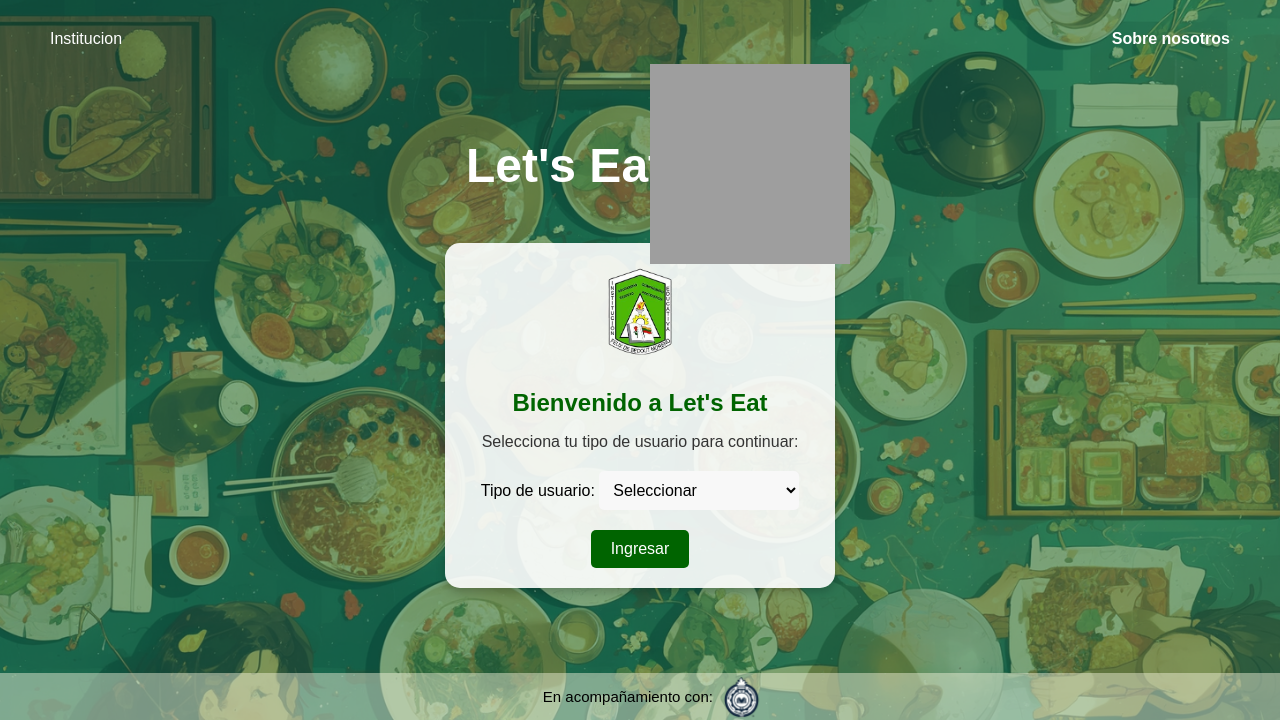
Repository: NicholeAndrade/restaurante-escolar
Page: html/inicio.html
An editor plug-in stored every save of this project. The page is shown before and after a run of saves, followed by the edit.
The browser window is 1280 px wide. The pictures show the whole page.
Pictures or frames that could not be fetched are drawn as grey boxes.

Above is the page before, as saved 2025-10-09 19:19:06.

### html/inicio.html
<!DOCTYPE html>
<html lang="es">

<head>
    <meta charset="UTF-8">
    <meta name="viewport" content="width=device-width, initial-scale=1.0">
    <title>Seleccion de usuario</title>
    <link rel="stylesheet" href="/css/inicio.css">
</head>

<body>
    <header class="header">
        <div class="logo">Institucion</div>
        <nav>
            <a href="#">Sobre nosotros</a>
        </nav>
    </header>

    <main class="main">
        <div class="Tittle">
            <h1>Let's Eat </h1>
        </div>
        <div class="logo-container">
            <img id="Pascual" src="/Img/">
        </div>



        <div class="user-selection-box">
            <img src="/img/LogoC.png" alt="Logo" class="logo">
            <h2>Bienvenido a Let's Eat</h2>
            <p>Selecciona tu tipo de usuario para continuar:</p>

            <label for="user-type" id="user-type">Tipo de usuario:</label>
          <select id="opciones" name="tipo_usuario" required>
                <option value="" disabled selected>Seleccionar</option>
                <option value="profesor">Profesor</option>
                <option value="estudiante">Estudiante</option>
                <option value="profesor_cargo">Profesor a cargo</option>
               <option value="estudiante_am_pm">Estudiante AM-PM</option>
            </select>

            <button class="submit-btn" onclick="redirigirUsuario()">Ingresar</button>
        </div>

        <footer id="Fua">
           En acompañamiento con:
           <img src="/img/LogoPascual.png"  id="shimi">
        </footer>

    </main>


</body>

<script>
  function redirigirUsuario() {
    const seleccion = document.getElementById('opciones').value;

    if (!seleccion) {
      alert('Por favor, selecciona un tipo de usuario.');
      return;
    }

    switch (seleccion) {
      case 'profesor':
        window.location.href = '/Html/InicioSP.html';
        break;
      case 'estudiante':
        window.location.href = '/Html/InicioES.html';
        break;
      case 'profesor_cargo':
        window.location.href = '/Html/InicioSPC.html';
        break;
      case 'estudiante_am_pm':
        window.location.href = '/Html/InicioESAP.html';
        break;
      default:
        alert('Por favor, selecciona un tipo de usuario válido.');
        break;
    }
  }
</script>

</html>

### css/inicio.css
body {
    margin: 0;
    padding: 0;
    font-family: Arial, sans-serif;
    background-color: #046c4e;
    position: relative;
    color: #ffffff;
    text-align: center;
}

body::before {
    content: '';
    position: absolute;
    top: 0;
    left: 0;
    width: 100%;
    height: 100%;
    background: url('/img/12.png') no-repeat center center;
    background-size: cover;
    opacity: 0.5;
    z-index: -1;
}


.header {
    display: flex;
    justify-content: space-between;
    align-items: center;
    padding: 30px 50px;
}

.header a {
    color: white;
    text-decoration: none;
    font-weight: bold;
    font-size: 1rem;
}

.main {
    text-align: center;
    padding: 40px 10px;
    height: calc(100vh - 80px);
    display: flex;
    flex-direction: column;
    justify-content: center;
}

.main h1 {
    font-size: 3rem;
    margin: 0;
}


.buttons {
    margin: 30px 0;
}

.buttons button {
    padding: 15px 40px;
    border: none;
    border-radius: 30px;
    margin: 0 15px;
    cursor: pointer;
    font-size: 1.2rem;
    font-weight: bold;
}

.buttons .signin {
    background-color: #00796b;
    color: white;
}

.buttons .signup {
    background-color: white;
    color: #00796b;
}



#Pascual {
    width: 200px;
    height: 200px;
    margin-left: -150px;
}

.logo-container {
    position: absolute;
    margin-bottom: 545px;
    left: 800px;
    z-index: 10;
}

html, body {
    margin: 0;
    padding: 0;
    height: 100%;
    overflow: hidden;
}


.user-selection-box {
    background: rgba(255, 255, 255, 0.902);
    width: 350px;
    padding: 20px;
    margin: 50px auto;
    text-align: center;
    border-radius: 15px;
    box-shadow: 0 4px 10px rgba(0, 0, 0, 0.2);
}
.header-text {
    text-align: center;
    margin-top: -50px;
}

.user-selection-box .logo {
    width: 80px;
    height: auto;
    margin-bottom: 5px;
}

.user-selection-box h2 {
    font-size: 24px;
    margin-bottom: 10px;
    color: #006400;
}

.user-selection-box p {
    font-size: 16px;
    margin-bottom: 20px;
    color: #333;
}

.user-selection-box select {
    width: 200px;
    padding: 10px;
    border-radius: 5px;
    border: none;
    font-size: 16px;
    background: #f8f8f8;
    margin-bottom: 20px;
}

.user-selection-box .submit-btn {
    background: #006400;
    color: white;
    border: none;
    padding: 10px 20px;
    border-radius: 5px;
    font-size: 16px;
    cursor: pointer;
    transition: background 0.3s ease;
}

.user-selection-box .submit-btn:hover {
    background: #004d00;
}

.Tittle{
    margin-left: -150px;
    margin-top: -100px;
}

#user-type{
    color: black;
}



footer {
    background-color: #f5f5dc76;
    width: 100%;
    margin-top: 40px;
    color: black;
    text-align: center;
    padding: 15px;
    font-size: 15px;
    position: fixed;
    bottom: 0;
    left: 0;
}

#shimi{
    width: 50px;
    height: 50px;
    margin-bottom: -20px;
    margin-top: -50px;
}












/* Inicio de sesion */

.Tittle-2{
    font-size: 24px;
    margin-left: -150px;
     margin-left: -150px;
    margin-top: -40px;

}


.login-box {
    width: 350px;
    background: #ffa600e9;
    border-radius: 15px;
    padding: 20px;
    box-shadow: 0 4px 8px rgba(0, 0, 0, 0.2);
    margin: auto;
   margin-bottom: 300px;
}

.login-box label {
    display: block;
    font-weight: bold;
    margin-bottom: 5px;
    text-align: left;
    font-size: 14px;
    color: #ffffff;
}

.login-box input {
    width: 100%;
    padding: 7px;
    margin-bottom: 15px;
    border: 1px solid #e67d22dd;
    border-radius: 10px;
    box-sizing: border-box;
}

.login-box button {
    width: 100%;
    padding: 10px;
    background: #e67e22;
    color: white;
    border: none;
    border-radius: 10px;
    font-size: 16px;
    cursor: pointer;
    transition: background 0.3s ease;
}

.login-box button:hover {
    background: #d35400;
}



#Pascual-2{
    width: 200px;
    height: 200px;
    margin-bottom: 260px;
    margin-left: -150px;
}

.logo-2{
    height: 100px;
}

.btn-orangie {
  display: inline-block;
  padding: 10px 20px;
  background-color: #ff8000;
  color: white;
  text-decoration: none;
  border-radius: 5px;
  font-weight: bold;
  transition: background-color 0.3s ease, transform 0.2s;
}

.btn-orangie:hover {
  background-color: #cc6600;
  transform: scale(1.05);
}

.password-container {
  position: relative;
  display: flex;
  align-items: center;
}

.password-container input {
  padding-right: 35px;
}

.eye-icon {
  position: absolute;
  right: 10px;
  margin-top: -7px;
  cursor: pointer;
  user-select: none;
  color: #333;
}

/* Ajustes solo para móviles */
@media (max-width: 768px) {
  /* Texto "Let's Eat" centrado */
  .Tittle,
  .Tittle-2 {
    margin: 0;
    margin-top: 100px;
  }

  /* Logo principal */
  #Pascual,
  #Pascual-2 {
    position: static;
    margin: 20px auto;
    display: block;
    width: 220px;
    height: auto;
  }

  /* Logo pequeño de dentro del cuadro */
  .user-selection-box .logo,
  .login-box .logo-2 {
    width: 100px; /* más visible en móvil */
    height: auto;
  }

  .login-box {
    width: 350px;
    background: #ffa600e9;
    border-radius: 15px;
    padding: 20px;
    box-shadow: 0 4px 8px rgba(0, 0, 0, 0.2);
    margin-top:90px ;
}





}

After the next 3 saves:
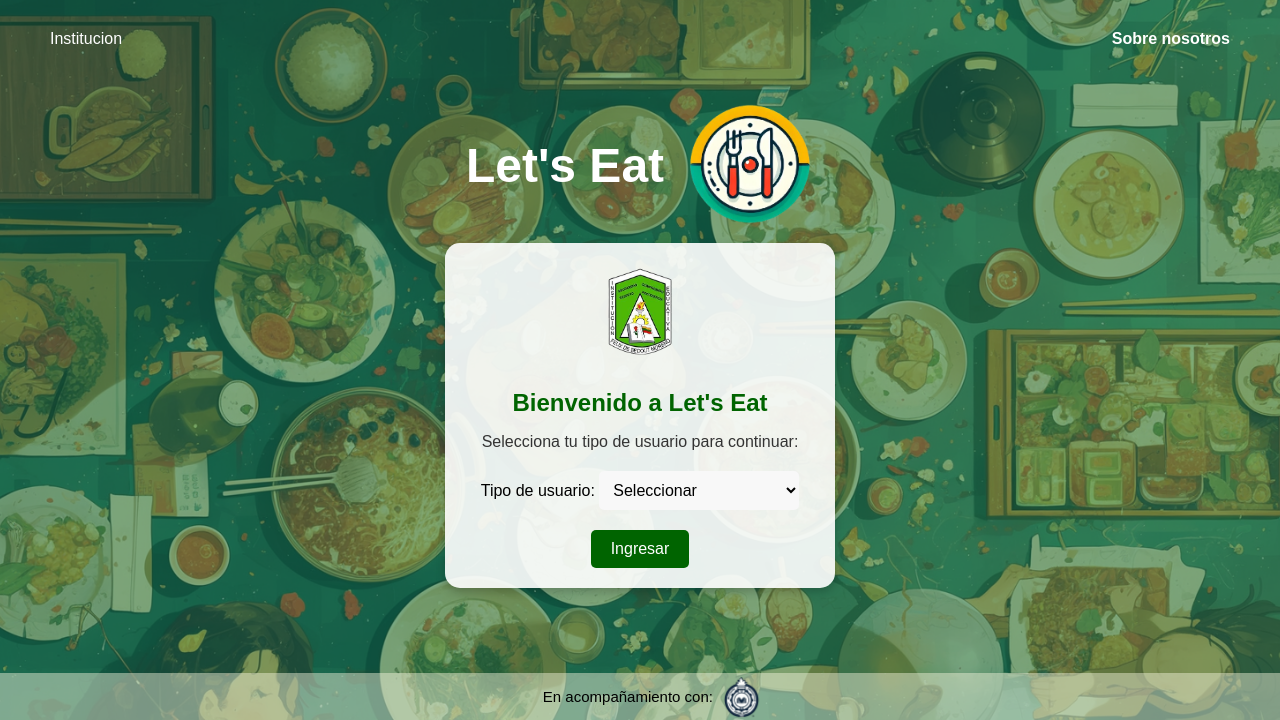
The 3 saves are shown as one change because they came seconds apart.
The last was saved 7 s later.
--- a/html/inicio.html
+++ b/html/inicio.html
@@ -21,7 +21,7 @@
             <h1>Let's Eat </h1>
         </div>
         <div class="logo-container">
-            <img id="Pascual" src="/Img/">
+            <img id="Pascual" src="/Img/proyecto.png">
         </div>
 
 
